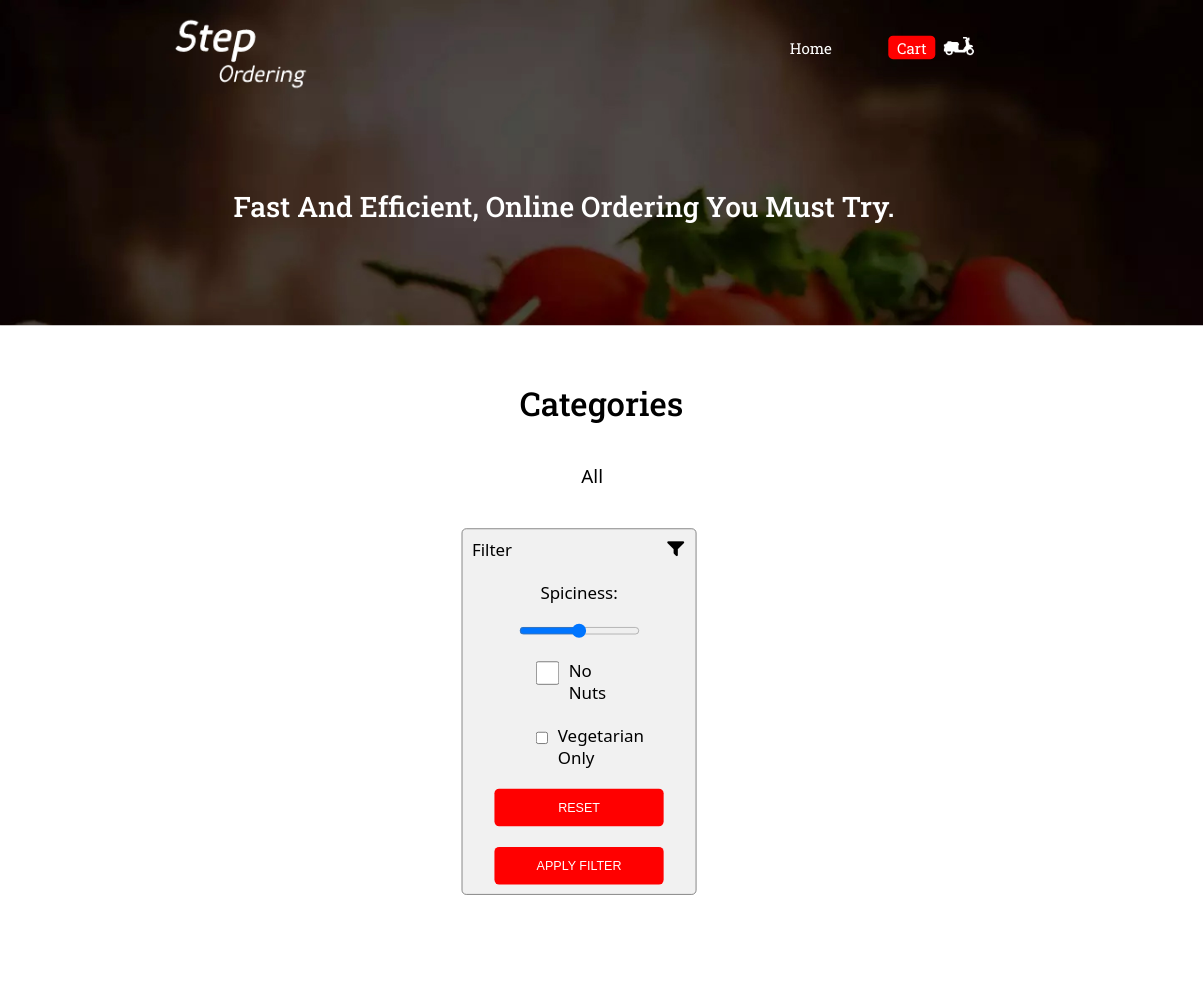
Repository: anastasia29-step/Online-Restaurant
Page: index.html
The author's editor kept a copy of each file at every save. The page is drawn from the files as they stood at one save, then again after the next save.
The browser window is 1280 px wide. The pictures show the whole page, at 94% of full size.
Some web libraries are served in a nearby version.

Above is the page before, as saved 2026-03-10 15:47:43.
Not found: app.js/

### index.html
<!DOCTYPE html>
<html lang="en">

<head>
    <meta charset="UTF-8">
    <meta name="viewport" content="width=device-width, initial-scale=1.0">
    <title>Document</title>
    <link rel="stylesheet" href="style.css">
    <link rel="preconnect" href="https://fonts.googleapis.com">
    <link rel="preconnect" href="https://fonts.gstatic.com" crossorigin>
    <link href="https://fonts.googleapis.com/css2?family=Roboto+Slab:wght@100..900&display=swap" rel="stylesheet">
    <link rel="stylesheet" href="https://cdnjs.cloudflare.com/ajax/libs/font-awesome/7.0.1/css/all.min.css"
        integrity="sha512-2SwdPD6INVrV/lHTZbO2nodKhrnDdJK9/kg2XD1r9uGqPo1cUbujc+IYdlYdEErWNu69gVcYgdxlmVmzTWnetw=="
        crossorigin="anonymous" referrerpolicy="no-referrer" />
</head>

<body>

    <section class="FirstLine">

    <div class="beside" id="navbar">
        <div class="left">
            <a href="./index.html"><img src="./photo/logo.png" alt=""></a>
        </div>

        <div class="right">
            <a href="./index.html">Home</a>
            <a href="./Cart.html" class="a">Cart</a>
            <a href="./Cart.html">
            <img src="./photo/istockphoto-609074524-612x612 Background Removed.png" alt=""></a>
        </div>
    </div>

    <div class="bottom">
        <h1>Fast And Efficient, Online Ordering You Must Try.</h1>
    </div>

</section>
    <section class="section">
        <h1>Categories</h1>
        <ul>
            <li onclick="showAll()">All</li>
        </ul>
    </section>
    <form class="sectionCard">
        <div class="leftSide">
            <div class="filteredCard">
                <div class="first">
                    <p>Filter</p>
                    <i class="fa-solid fa-filter"></i>
                </div>
                <p>Spiciness:</p>
                <input type="range">
                <div class="next">
                    <input type="checkbox">
                    <p>No Nuts</p>
                </div>
                <div class="next">
                    <input type="checkbox">
                    <p>Vegetarian Only</p>
                </div>
                <button class="reset" onclick="reset()">RESET</button>
                <button class="apply" onclick="apply()">APPLY FILTER</button>
            </div>
        </div>
        <div class="rightSide">

        </div>
    </form>




    <script src="app.js\"></script>
</body>

</html>

### style.css
* {
    margin: 0;
    padding: 0;
    box-sizing: border-box;
}

.section {
    display: flex;
    flex-direction: column;
    justify-content: center;
    align-items: center;
    padding: 60px;
    gap: 10px;
}

.section h1 {
    font-style: bold;
    font-family: "Roboto Slab", serif;
    font-weight: 900;
}

ul {
    display: flex !important;
    justify-content: center;
    height: 90px;
    width: 1110px;
    flex-wrap: wrap;
    list-style: none;
    gap: 20px;
    font-family: system-ui, -apple-system, BlinkMacSystemFont, 'Segoe UI', Roboto, Oxygen, Ubuntu, Cantarell, 'Open Sans', 'Helvetica Neue', sans-serif;
    border-bottom: 3px wavy red;
    align-items: center;
}

ul::after {
    content: "";
    display: block;
    height: 6px;
    background-image: url("border.png");
    background-repeat: repeat-x;
    background-position: bottom;
}

.FirstLine {
    height: 48vh;
    background-image: url(./photo/inner_banner.jpg);
    background-position: center;
    background-repeat: no-repeat;
    background-size: cover;
    padding-left: 170px;
    padding-top: 20px;
}

.beside{
    position: fixed;
    top:0;
    left:0;
    width:100%;
    display:flex;
    justify-content:space-between;
    padding:20px 170px;
    transition:0.3s;
    z-index:1000;
}

.beside.active {
    backdrop-filter: blur(10px);
    background: rgba(0,0,0,0.9);
}

.beside.active::after {
    content:"";
    position:absolute;
    bottom:0;
    left:0;
    width:100%;
    height:5px;
    background-image:url("photo/border.png");
    background-repeat:repeat-x;
}

.beside .right {
    display: flex;
    gap: 20px;
    padding-right: 60px;
    padding-top: 20px;
}

.FirstLine .right :first-child:hover {
    color: #FFCC00;
}

.beside .right a {
    text-decoration: none;
    color: white;
    font-family: "Roboto Slab", serif;
}

.beside .right .a {
    background-color: red;
    width: 50px;
    height: 25px;
    padding-top: 2px;
    text-align: center;
    border-radius: 5px;
    margin-top: -2px;
    margin-left: 40px;
}

.beside .right .a:hover+a img {
    transform: translateX(50px);
}

.beside .right img {
    width: 60px;
    margin-top: -21px;
    margin-left: -25px;
    transition: transform 3.0s;
}

.FirstLine .bottom h1 {
    text-align: center;
    color: white;
    margin-top: 180px;
    margin-right: 250px;
    font-size: 30px;
    font-weight: 500;
    font-family: "Roboto Slab", serif;
}

.section h1 {
    font-weight: 500;
    font-size: 35px;
}

ul li {
    height: 100%;
    font-size: 20px;
    cursor: pointer;
    transition: 0.3s;
    display: flex;
    justify-content: center;
    align-items: center;

}

ul li:hover {
    background-color: red;
    color: white;

}

.sectionCard {
    display: flex;
    width: 100%;
    padding: 60px;
    justify-content: center;
    margin-top: -150px;
    /* background-color: aqua; */
}
.leftSide{
    width: 30%;
    padding: 40px;
    /* background-color: yellow; */
    margin-left: 50px;
}
.filteredCard {
    width: 250px;
    height: 390px;
    display: flex;
    flex-direction: column;
    justify-content: space-between;
    align-items: center;
    padding: 10px;
    background-color: #F1F1F1;
    border: 1px solid grey;
    border-radius: 5px;
    font-family: system-ui, -apple-system, BlinkMacSystemFont, 'Segoe UI', Roboto, Oxygen, Ubuntu, Cantarell, 'Open Sans', 'Helvetica Neue', sans-serif;
    font-size: 18px;
}

.first {
    display: flex;
    width: 100%;
    justify-content: space-between;
}

.next {
    display: flex;
    width: 40%;
    gap: 10px;
    justify-content: flex-start;
}

.next input {
    width: 30px;
    height: 30px;
}

.filteredCard button {
    height: 40px;
    width: 180px;
    background-color: red;
    color: white;
    border: none;
    border-radius: 5px;
    cursor: pointer;
    transition: 0.5s;
}

.filteredCard button:hover {
    background-color: #FFCC00;
}

.rightSide {
    display: flex;
    justify-content: center;
    flex-wrap: wrap;
    padding: 40px;
    gap: 30px;
    /* background-color: red; */
}

.card {
    width: 270px;
    height: 420px;
    display: flex;
    flex-direction: column;
    align-items: center;
    justify-content: space-between;
    padding-bottom: 15px;
    border: 1px solid grey;
    border-radius: 17px;
}

.card img {
    width: 100%;
    height: 200px;
    object-fit: cover;
    border-top-left-radius: 17px;
    border-top-right-radius: 17px;
    background-color:#CFCFCF;
}
.card h1{
    font-size: 20px;
    font-family: system-ui, -apple-system, BlinkMacSystemFont, 'Segoe UI', Roboto, Oxygen, Ubuntu, Cantarell, 'Open Sans', 'Helvetica Neue', sans-serif;
}
.sides {
    display: flex;
    justify-content: center;
    gap: 7px;
}

.checks {
    display: flex;
    gap: 3px;
}

.card .bottom {
    width: 100%;
    padding: 10px;
    display: flex;
    justify-content: space-between;
    align-items: center;
}

.card .bottom button {
    height: 40px;
    width: 120px;
    display: flex;
    justify-content: center;
    align-items: center;
    border: 1px solid black;
}

After the next save:
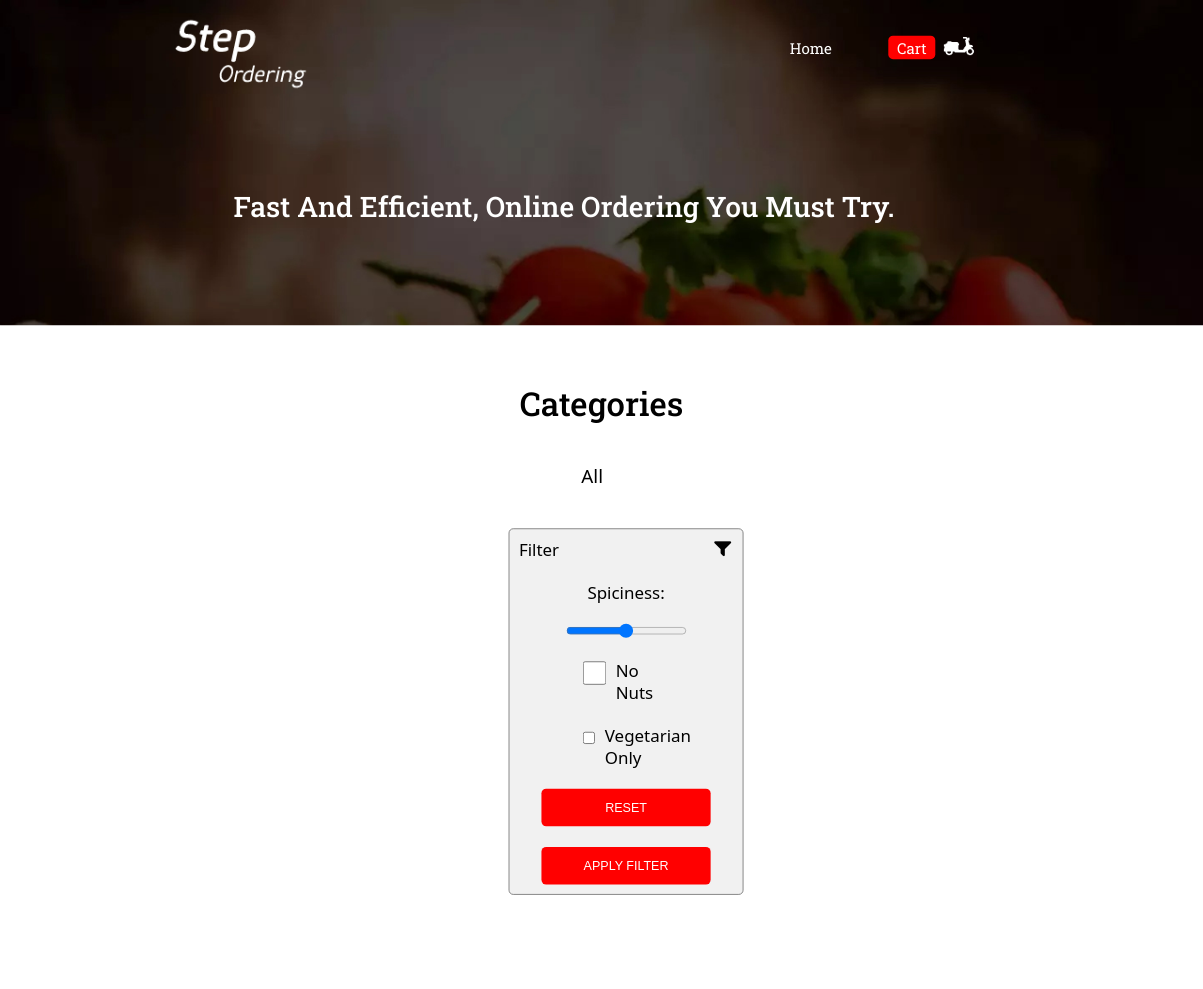
Saved 70 s later.
--- a/style.css
+++ b/style.css
@@ -51,16 +51,16 @@ ul::after {
     padding-top: 20px;
 }
 
-.beside{
+.beside {
     position: fixed;
-    top:0;
-    left:0;
-    width:100%;
-    display:flex;
-    justify-content:space-between;
-    padding:20px 170px;
-    transition:0.3s;
-    z-index:1000;
+    top: 0;
+    left: 0;
+    width: 100%;
+    display: flex;
+    justify-content: space-between;
+    padding: 20px 170px;
+    transition: 0.3s;
+    z-index: 1000;
 }
 
 .beside.active {
@@ -158,12 +158,14 @@ ul li:hover {
     margin-top: -150px;
     /* background-color: aqua; */
 }
-.leftSide{
+
+.leftSide {
     width: 30%;
     padding: 40px;
     /* background-color: yellow; */
     margin-left: 50px;
 }
+
 .filteredCard {
     width: 250px;
     height: 390px;
@@ -177,6 +179,8 @@ ul li:hover {
     border-radius: 5px;
     font-family: system-ui, -apple-system, BlinkMacSystemFont, 'Segoe UI', Roboto, Oxygen, Ubuntu, Cantarell, 'Open Sans', 'Helvetica Neue', sans-serif;
     font-size: 18px;
+    margin-left: 50px;
+
 }
 
 .first {
@@ -239,12 +243,14 @@ ul li:hover {
     object-fit: cover;
     border-top-left-radius: 17px;
     border-top-right-radius: 17px;
-    background-color:#CFCFCF;
-}
-.card h1{
+    background-color: #CFCFCF;
+}
+
+.card h1 {
     font-size: 20px;
     font-family: system-ui, -apple-system, BlinkMacSystemFont, 'Segoe UI', Roboto, Oxygen, Ubuntu, Cantarell, 'Open Sans', 'Helvetica Neue', sans-serif;
 }
+
 .sides {
     display: flex;
     justify-content: center;
